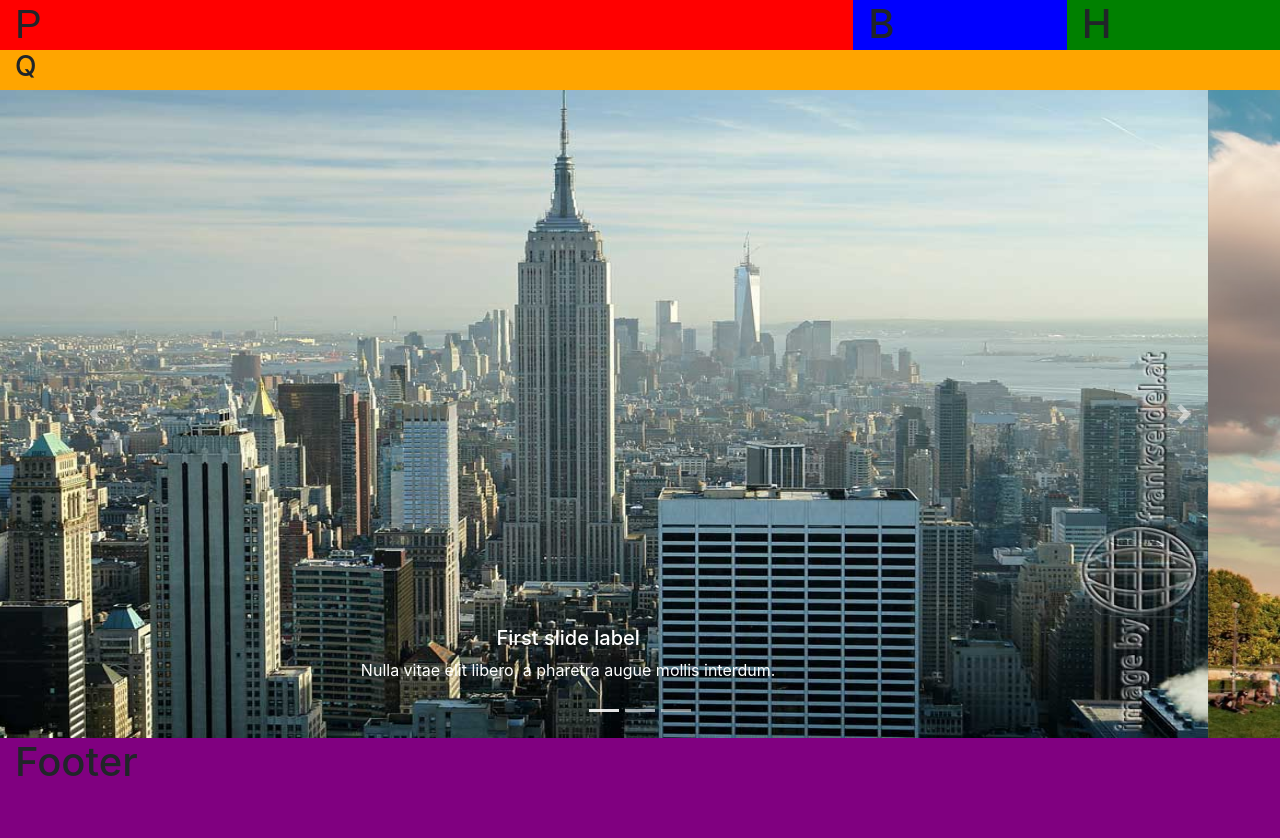
Repository: Brad000/PlanAway-Project
Page: index.html
The author's editor kept a record of every edit. The page is drawn from the files as they stood at one moment, then again after the next edit.
The browser window is 1280 px wide. The pictures show the whole page.
Some web fonts or font styles are not loaded; a fallback is used. Some web libraries are served in a nearby version.

Above is the page before.

### index.html
<!DOCTYPE html>
<html lang="en">

<head>
    <meta charset="UTF-8">
    <meta name="viewport" content="width=device-width, initial-scale=1.0">
    <meta http-equiv="X-UA-Compatible" content="ie=edge">
    <link rel="stylesheet" href="assets/css/style.css" type="text/css" />
    <link rel="stylesheet" href="https://stackpath.bootstrapcdn.com/bootstrap/4.4.1/css/bootstrap.min.css" integrity="sha384-Vkoo8x4CGsO3+Hhxv8T/Q5PaXtkKtu6ug5TOeNV6gBiFeWPGFN9MuhOf23Q9Ifjh" crossorigin="anonymous">
    <script src="https://code.jquery.com/jquery-3.4.1.slim.min.js" integrity="sha384-J6qa4849blE2+poT4WnyKhv5vZF5SrPo0iEjwBvKU7imGFAV0wwj1yYfoRSJoZ+n" crossorigin="anonymous"></script>
    <script src="https://cdn.jsdelivr.net/npm/popper.js@1.16.0/dist/umd/popper.min.js" integrity="sha384-Q6E9RHvbIyZFJoft+2mJbHaEWldlvI9IOYy5n3zV9zzTtmI3UksdQRVvoxMfooAo" crossorigin="anonymous"></script>
    <script src="https://stackpath.bootstrapcdn.com/bootstrap/4.4.1/js/bootstrap.min.js" integrity="sha384-wfSDF2E50Y2D1uUdj0O3uMBJnjuUD4Ih7YwaYd1iqfktj0Uod8GCExl3Og8ifwB6" crossorigin="anonymous"></script>
    <script src="https://kit.fontawesome.com/5655c570e1.js" crossorigin="anonymous"></script>
    <title>PlanAway - Plan your next vacation</title>
</head>

<body>

    <header class="container-fluid">
        <div class="row">
            <div class="col-12 col-md-8 a">
                <h1>P</h1>
            </div>
            <div class="col-6 col-md-2 b">
                <h1>B</h1>
            </div>
            <div class="col-6 col-md-2 c">
                <h1>H</h1>
            </div>
            <div class="col-12 d">
                <h3>Q</h3>
            </div>
        </div>
    </header>

    <section class="container-fluid" id="image">
        <div class="row no-gutters">
            <div class="col-12 image">
                <div id="carouselExampleCaptions" class="carousel slide" data-ride="carousel">
                    <ol class="carousel-indicators">
                        <li data-target="#carouselExampleCaptions" data-slide-to="0" class="active"></li>
                        <li data-target="#carouselExampleCaptions" data-slide-to="1"></li>
                        <li data-target="#carouselExampleCaptions" data-slide-to="2"></li>
                    </ol>
                    <div class="carousel-inner">
                        <div class="carousel-item active">
                            <img src="assets/images/new-york.jpg" class="d-block w-100" alt="...">
                            <div class="carousel-caption d-none d-md-block">
                                <h5>First slide label</h5>
                                <p>Nulla vitae elit libero, a pharetra augue mollis interdum.</p>
                            </div>
                        </div>
                        <div class="carousel-item">
                            <img src="assets/images/paris.jpg" class="d-block w-100" alt="...">
                            <div class="carousel-caption d-none d-md-block">
                                <h5>Second slide label</h5>
                                <p>Lorem ipsum dolor sit amet, consectetur adipiscing elit.</p>
                            </div>
                        </div>
                        <div class="carousel-item">
                            <img src="assets/images/tokyo.jpg" class="d-block w-100" alt="...">
                            <div class="carousel-caption d-none d-md-block">
                                <h5>Third slide label</h5>
                                <p>Praesent commodo cursus magna, vel scelerisque nisl consectetur.</p>
                            </div>
                        </div>
                    </div>
                    <a class="carousel-control-prev" href="#carouselExampleCaptions" role="button" data-slide="prev">
    <span class="carousel-control-prev-icon" aria-hidden="true"></span>
    <span class="sr-only">Previous</span>
  </a>
                    <a class="carousel-control-next" href="#carouselExampleCaptions" role="button" data-slide="next">
    <span class="carousel-control-next-icon" aria-hidden="true"></span>
    <span class="sr-only">Next</span>
  </a>
                </div>
            </div>
        </div>
    </section>
<footer class="container-fluid">
    <div class="row">
        <div class="col-12 footer">
            <h1>Footer</h1>
        </div>
    </div>
</footer>



</body>

</html>

### assets/css/style.css
@import url('https://fonts.googleapis.com/css?family=Gayathri:100,200,300,400,500,600,700');

/*---Landing Page---*/

.site-heading {
    background-color: #eae7dc;
    color: #e85a4f;
}

.site-name {
    font-family: 'Gayathri', sans-serif;
    margin-top: 10px;
    margin-bottom: 0;
}

.site-logo {
    margin-left: 10px;
}

.site-links {
    margin-left: 70px;
    font-size: 40px;
    margin-top: 10px;
}

.link-text {
    font-family: 'Gayathri', sans-serif;
    font-weight: 600;
}

#a-links {
    text-decoration: none;
    cursor: pointer;
    color: #e85a4f;
}




.a {
    font-family: 'Gayathri', sans-serif;
    background-color: red;
    height: 50px;

}



.b {
    background-color: blue;
    height: 50px;
}

.c {
    background-color: green;
    height: 50px;
}

.d {
    background-color: orange;
    height: 40px;
}

.image {
    background-color: gray;
}

#image {
    padding: 0;
}

.footer {
    height: 100px;
    background-color: purple;
}

img {
    height: 90vh;
}

After the next edit:
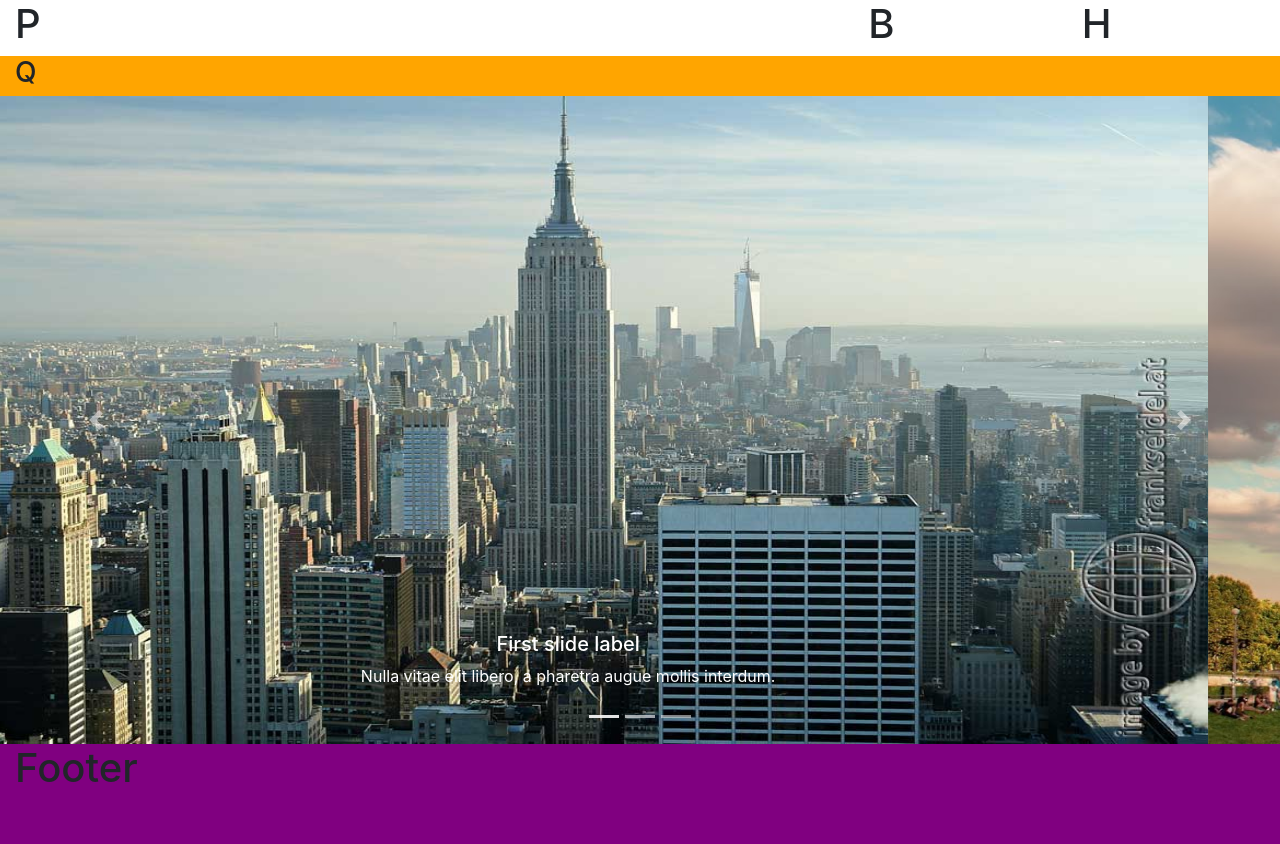
The edit:
--- a/assets/css/style.css
+++ b/assets/css/style.css
@@ -37,25 +37,6 @@
 
 
 
-.a {
-    font-family: 'Gayathri', sans-serif;
-    background-color: red;
-    height: 50px;
-
-}
-
-
-
-.b {
-    background-color: blue;
-    height: 50px;
-}
-
-.c {
-    background-color: green;
-    height: 50px;
-}
-
 .d {
     background-color: orange;
     height: 40px;
